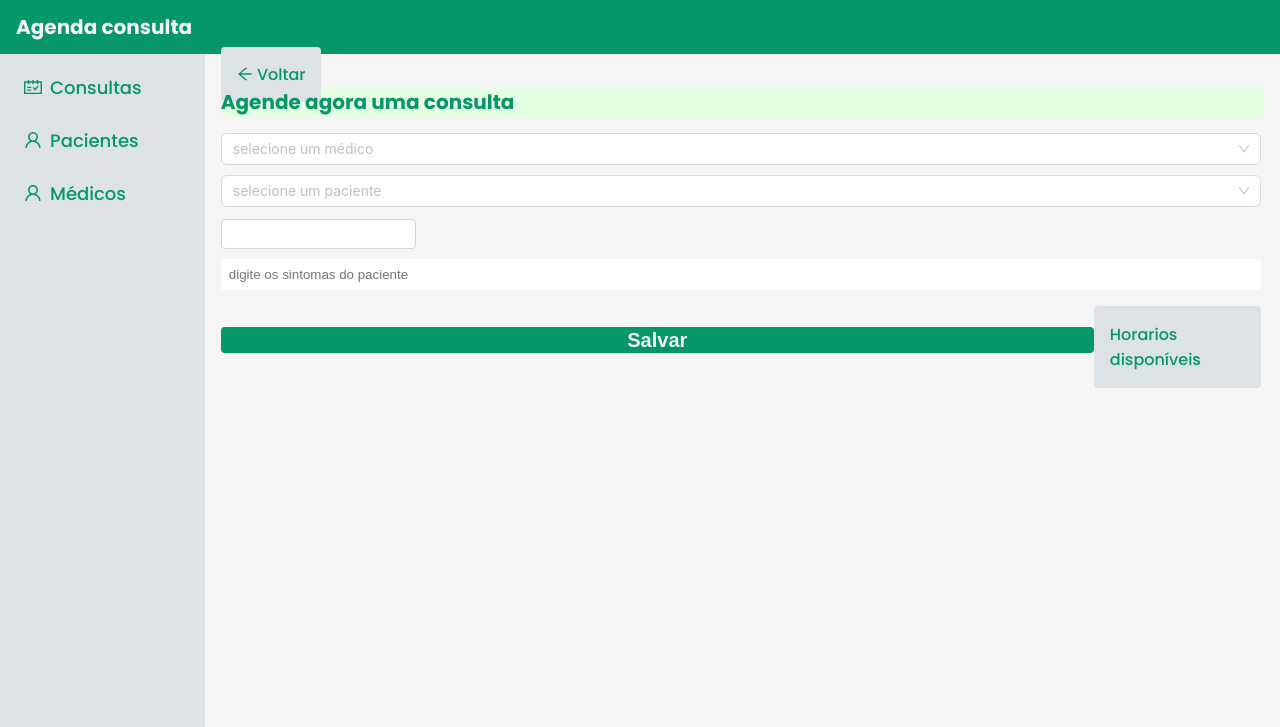
Repository: BarbaraCD/agendaconsulta
Page: /appointments/new
These files come from the project's save history. The page is drawn as it stood at one moment and after the next save; the edit follows.
The browser window is 1280 px wide. The pictures show the whole page.
The page's requests for data from a server got no answer. The project was rebuilt for these pictures with package versions that can differ from the ones it lists, and the page was loaded fresh each time. No one was signed in, and anything a server would have sent is missing. Also part of the build but not shown: vite.config.ts, src/components/Calendar.tsx, src/components/InputPatient.tsx, src/styles/CreateContainer.ts, src/components/DoctorTable.tsx, src/components/PatientTable.tsx, src/components/InputDoctors.tsx.

Above is the page before, as saved 2023-08-29 15:53:19.

### index.html
<!DOCTYPE html>
<html lang="en">
  <head>
    <meta charset="UTF-8" />
    <link rel="icon" type="image/svg+xml" href="/vite.svg" />
    <meta name="viewport" content="width=device-width, initial-scale=1.0" />

    <link rel="preconnect" href="https://fonts.googleapis.com">
    <link rel="preconnect" href="https://fonts.gstatic.com" crossorigin>
    <link href="https://fonts.googleapis.com/css2?family=Poppins:wght@400;500;700&display=swap" rel="stylesheet">

    <title>Agendamento de Consulta</title>
  </head>
  <body>
    <div id="root"></div>
    <script type="module" src="/src/main.tsx"></script>
  </body>
</html>

### src/main.tsx
/* eslint-disable @typescript-eslint/no-non-null-assertion */
import React from 'react'
import ReactDOM from 'react-dom/client'
import { ThemeProvider } from 'styled-components'
import GlobalStyle, { Container, Content } from './styles/global'
import { theme } from './styles/Theme.ts'
import App from './App.tsx'
import { Routes } from './routes/index.tsx'
import { Header } from './components/Header.tsx'
import { BrowserRouter } from 'react-router-dom'

ReactDOM.createRoot(document.getElementById('root')!).render(
  <React.StrictMode>
    <ThemeProvider theme={theme}>
      <GlobalStyle />
      <BrowserRouter>
        <Header />
        <Container>
          <App />
          <Content>
            <Routes />
          </Content>
        </Container>
      </BrowserRouter>
    </ThemeProvider>
  </React.StrictMode>,
)

### src/styles/global.ts
import styled, { createGlobalStyle } from 'styled-components'

export default createGlobalStyle`
  *{
    margin: 0;
    padding: 0;
    box-sizing: border-box;

  }
  body{
    height: 100%;
    width: 100%;
    font-family: 'Poppins', sans-serif;
    background: ${(props) => props.theme.colors.white};
    font-size: ${(props) => props.theme.size.xl};
  }
`

export const Container = styled.div`
  display: flex;
`

export const SidebarGlobal = styled.div`
  width: 16%;
`

export const Content = styled.div`
  flex: 1;
  margin: 0 1rem;
`

### src/styles/Theme.ts
export const theme = {
  colors: {
    primary: '#059669',
    head: '#059669B3',
    100: '#E4FFE1',

    sbcolor: '#DCE2E6',
    gray: '#41414D',
    black: '#000',
    white: '#f5f5f5',
  },
  size: {
    sm: '14px',
    md: '16px',
    lg: '18px',
    xl: '20px',
    xxl: '24px',
  },
}

### src/App.tsx
import { SidebarGlobal } from './styles/global'
import { Sidebar } from './components/Sidebar'

export default function App() {
  return (
    <SidebarGlobal>
      <Sidebar />
    </SidebarGlobal>
  )
}

### src/routes/index.tsx
import { AppRoutes } from './app.routes'

export function Routes() {
  return (
    <>
      <AppRoutes />
    </>
  )
}

### src/components/Header.tsx
import { Link } from 'react-router-dom'
import { styled } from 'styled-components'

const ContainerHeader = styled.div`
  padding: 12px 16px;
  width: 100%;
  min-width: 200px;
  font-weight: 700;
  overflow: visible;
  background-color: ${(props) => props.theme.colors.primary};
`

const StyleLink = styled(Link)`
  text-decoration: none;
  word-break: normal;
  display: block;
  align-items: center;
  justify-content: center;
  color: ${(props) => props.theme.colors.white};
`

export function Header() {
  return (
    <ContainerHeader>
      <StyleLink to="/">Agenda consulta</StyleLink>
    </ContainerHeader>
  )
}

### src/components/Sidebar.tsx
import { ScheduleOutlined, UserOutlined } from '@ant-design/icons'
import { StyledSidebar, StyledList } from '../styles/SidebarStyled'
import { Link } from 'react-router-dom'

export function Sidebar() {
  return (
    <StyledSidebar>
      <StyledList>
        <li>
          <ScheduleOutlined style={{ color: '#059669' }} />
          <Link to="/appointments/calendar">Consultas</Link>
        </li>
        <li>
          <UserOutlined style={{ color: '#059669' }} />
          <Link to="/patients/list">Pacientes</Link>
        </li>
        <li>
          <UserOutlined style={{ color: '#059669' }} />
          <Link to="/doctors/list">Médicos</Link>
        </li>
      </StyledList>
    </StyledSidebar>
  )
}

### src/routes/app.routes.tsx
import { Routes, Route } from 'react-router-dom'

import { App } from 'antd'
import { AppointmentsCalendar } from '../components/Calendar'
import { InputPatients } from '../components/InputPatient'
import { DoctorTable } from '../components/DoctorTable'
import { PatientTable } from '../components/PatientTable'
import { InputDoctors } from '../components/InputDoctors'
import { CreateAppointments } from '../components/Appointments'

export function AppRoutes() {
  return (
    <Routes>
      <Route path="/" element={<App />} />

      <Route path="/patients/new" element={<InputPatients />} />
      <Route path="/patients/:id/edit" element={<InputPatients />} />
      <Route path="/patients/list" element={<PatientTable />} />

      <Route path="/doctors/new" element={<InputDoctors />} />
      <Route path="/doctors/:id/edit" element={<InputDoctors />} />
      <Route path="/doctors/list" element={<DoctorTable />} />

      <Route path="/appointments/new" element={<CreateAppointments />} />
      <Route path="/appointments/:id/edit" element={<CreateAppointments />} />
      <Route path="/appointments/calendar" element={<AppointmentsCalendar />} />
    </Routes>
  )
}

### src/styles/SidebarStyled.ts
import styled from 'styled-components'

export const StyledSidebar = styled.div`
  display: flex;
  flex-direction: column;
  background-color: ${(props) => props.theme.colors.sbcolor};
  color: ${(props) => props.theme.colors.black};
  font-size: ${(props) => props.theme.size.lg};
  font-weight: 500;
  justify-content: flex-start;
  align-items: flex-start;
  overflow: auto;
  height: 93.5vh;
  min-height: 100%;
`

export const StyledList = styled.ul`
  list-style: none;
  padding: 0.5rem;

  li {
    cursor: pointer;
    padding: 1rem;
    line-height: 1.3rem;
  }

  a {
    text-decoration: none;
    color: ${(props) => props.theme.colors.primary};
    margin: 0.5rem;
    word-break: break-all;
  }
`

### src/components/Appointments.tsx
/* eslint-disable react-hooks/exhaustive-deps */
import React, { useEffect, useState } from 'react'

import 'react-datepicker/dist/react-datepicker.css'
import { Select } from 'antd'

import {
  createAppointment,
  getAppointment,
  getAppointmentById,
  updateAppointment,
} from '../services/appointment.services'
import { StyledDatepicker, StyledLink } from '../styles/Appointments'
import {
  ApFooter,
  InputContainer,
  MessageError,
  MessageSaved,
  StyledInput,
  StyledSelect,
  SubmitButton,
  StyledValidation,
} from '../styles/InputContainer'
import { useNavigate, useParams } from 'react-router-dom'
import { ArrowLeftOutlined } from '@ant-design/icons'
import { DoctorsProps } from './DoctorTable'
import { PatientsProps } from './PatientTable'
import { z } from 'zod'
import { Controller, useForm } from 'react-hook-form'
import { zodResolver } from '@hookform/resolvers/zod'
import { getDoctors } from '../services/doctor.services'
import { getPatient } from '../services/patient.services'

export type AppointmentsProps = {
  doctorID: number
  patientID: number
  date: string | Date
  symptoms: string
  id: number
}

const appointmentSchema = z.object({
  doctorID: z.number({
    required_error: 'Selecione o medico',
  }),
  patientID: z.number({
    required_error: 'Selecione o paciente',
  }),
  date: z.date({
    required_error:
      'Selecione a data e o horario que deseja realizar a consulta',
    invalid_type_error: 'Formato invalido',
  }),
  symptoms: z.string().min(1, 'Por favor, insira os sintomas.'),
})

export type AppointmentSchemaType = z.infer<typeof appointmentSchema>

export const CreateAppointments: React.FC = () => {
  const {
    control,
    register,
    reset,
    handleSubmit,
    formState: { errors, isSubmitting },
  } = useForm<AppointmentSchemaType>({
    resolver: zodResolver(appointmentSchema),
    defaultValues: {
      doctorID: undefined,
      patientID: undefined,
      date: undefined,
      symptoms: '',
    },
  })

  const [doctors, setDoctors] = useState<DoctorsProps[]>([])
  const [patients, setPatients] = useState<PatientsProps[]>([])
  const [appointments, setAppointments] = useState<AppointmentsProps[]>([])

  const [successMessage, setSuccessMessage] = useState<string | null>(null)
  const [errorMessage, setErrorMessage] = useState<string | null>(null)

  const navigate = useNavigate()
  const { id } = useParams()

  useEffect(() => {
    fetchInfos().catch((error) => {
      console.error('Error fetching Infos:', error)
    })
  }, [])

  async function fetchInfos() {
    const responseDoc = await getDoctors()
    const responsePat = await getPatient()
    const response = await getAppointment()
    setDoctors(responseDoc)
    setPatients(responsePat)
    setAppointments(response)
    if (!id) return
    try {
      const responseAp = await getAppointmentById(Number(id))
      const responseDate = {
        ...responseAp,
      }
      responseDate.date = new Date(responseDate.date)
      reset(responseDate as unknown as AppointmentSchemaType)
    } catch (error) {
      console.error('Error fetching Infos:', error)
    }
  }

  function isWeekday(date: Date) {
    const day = date.getDay()
    return day !== 0 && day !== 6
  }

  function isAppointmented(time: Date) {
    const selectedDateISO = time.toISOString()
    const existingAppointment = appointments.find(
      (appointment) => appointment.date === selectedDateISO,
    )
    return existingAppointment
  }

  const handleScheduleAppointment = async (data: AppointmentSchemaType) => {
    try {
      if (id) {
        await updateAppointment(Number(id), data)
        navigate(-1)
      } else {
        await createAppointment(data)
      }
      setSuccessMessage('Consulta agendada com sucesso!')
      setTimeout(() => {
        setSuccessMessage(null)
      }, 2000)
      reset()
    } catch (error) {
      setErrorMessage('Erro ao agendar consulta.')
    }
  }

  return (
    <InputContainer>
      {successMessage && <MessageSaved>{successMessage}</MessageSaved>}
      {errorMessage && <MessageError>{errorMessage}</MessageError>}

      <StyledLink to="/appointments/calendar">
        <ArrowLeftOutlined /> Voltar
      </StyledLink>

      <form onSubmit={handleSubmit(handleScheduleAppointment)}>
        <h3>Agende agora uma consulta</h3>

        <div>
          <Controller
            name="doctorID"
            control={control}
            render={({ field }) => (
              <StyledSelect {...field} placeholder="selecione um médico">
                {doctors.map((doc) => (
                  <Select.Option key={doc.id} value={doc.id}>
                    {doc.name}
                  </Select.Option>
                ))}
              </StyledSelect>
            )}
          />
          {errors.doctorID && (
            <StyledValidation>{errors.doctorID.message}</StyledValidation>
          )}
        </div>

        <div>
          <Controller
            name="patientID"
            control={control}
            render={({ field }) => (
              <StyledSelect {...field} placeholder="selecione um paciente">
                {patients.map((pat) => (
                  <Select.Option key={pat.id} value={pat.id}>
                    {pat.name}
                  </Select.Option>
                ))}
              </StyledSelect>
            )}
          />
          {errors.patientID && (
            <StyledValidation>{errors.patientID.message}</StyledValidation>
          )}
        </div>

        <div>
          <Controller
            control={control}
            name="date"
            render={({ field: { value, ...field } }) => (
              <StyledDatepicker
                {...field}
                showTimeSelect
                minTime={new Date(0, 0, 0, 8, 0)}
                maxTime={new Date(0, 0, 0, 18, 0)}
                minDate={new Date()}
                selected={value}
                dateFormat="dd/MM/yyyy HH:mm"
                filterTime={(time) => !isAppointmented(time)}
                filterDate={(date) => isWeekday(date)}
              />
            )}
          />
          {errors.date && (
            <StyledValidation>{errors.date.message}</StyledValidation>
          )}
        </div>

        <div>
          <StyledInput
            {...register('symptoms')}
            type="text"
            placeholder="digite os sintomas do paciente"
          />
          {errors.symptoms && (
            <StyledValidation>{errors.symptoms.message}</StyledValidation>
          )}
        </div>

        <ApFooter>
          <SubmitButton type="submit" disabled={isSubmitting}>
            <p>Salvar</p>
          </SubmitButton>
          <StyledLink to="/appointments/calendar">
            Horarios disponíveis
          </StyledLink>
        </ApFooter>
      </form>
    </InputContainer>
  )
}

### src/services/appointment.services.ts
import {
  AppointmentSchemaType,
  AppointmentsProps,
} from '../components/Appointments'
import { api } from './ApiConfig'

export async function getAppointment(): Promise<AppointmentsProps[]> {
  try {
    const response = await api.get('/appointment')
    return response.data
  } catch (error) {
    throw new Error('Erro ao obter dados dos agendamentos:')
  }
}

export async function getAppointmentById(
  id: number,
): Promise<AppointmentsProps> {
  try {
    const response = await api.get(`/appointment/${id}`)
    return response.data
  } catch (error) {
    throw new Error('Erro ao obter dados dos agendamentos:')
  }
}

export async function createAppointment(newAppointment: AppointmentSchemaType) {
  return api.post('/appointment', newAppointment)
}

export async function updateAppointment(
  id: number,
  data: AppointmentSchemaType,
) {
  try {
    const response = await api.put(`/appointment/${id}`, data)
    return response.data
  } catch (error) {
    throw new Error('Erro ao obter dados da consulta:')
  }
}

export async function deleteAppointment(id: number) {
  return await api.delete(`/appointment/${id}`)
}

### src/styles/InputContainer.ts
import styled from 'styled-components'
import { Select } from 'antd'

export const InputContainer = styled.main`
  color: ${(props) => props.theme.colors.black};
  font-size: ${(props) => props.theme.size.md};
  padding: 0.5rem 0;

  div {
    margin: 0.2rem 0.2rem 0.2rem 0;
  }

  h3 {
    background-color: ${(props) => props.theme.colors[100]};
    color: ${(props) => props.theme.colors.primary};
    font-size: ${(props) => props.theme.size.xl};
    margin-bottom: 0.8rem;
  }

  label {
    display: flex;
    margin: 0.2rem;
  }

  p {
    font-size: ${(props) => props.theme.size.lg};
    font-weight: 400;
  }
`

export const StyledValidation = styled.span`
  size: ${(props) => props.theme.size.md};
  color: red;
`

export const ApFooter = styled.div`
  display: flex;
  align-items: center;
  justify-content: space-between;
  margin-bottom: 0.5rem;
`

export const StyledSelect = styled(Select)`
  width: 100%;
  border: none;
`

export const SubmitButton = styled.button`
  width: 100%;
  padding: 0.1rem 2rem;
  border: none;
  border-radius: 4px;
  overflow: hidden;
  cursor: pointer;
  margin: 1rem 0;
  background-color: ${(props) => props.theme.colors.primary};
  color: ${(props) => props.theme.colors.white};

  p {
    font-size: ${(props) => props.theme.size.xl};
    font-weight: 600;
    overflow: hidden;
  }

  &:hover {
    background-color: ${(props) => props.theme.colors.head};
  }
`

export const MessageSaved = styled.p`
  justify-content: center;
  text-align: center;
  width: 30%;
  border-radius: 4px;
  margin: 0 35%;
  background-color: ${(props) => props.theme.colors[100]};
  color: ${(props) => props.theme.colors.primary};
  size: ${(props) => props.theme.size.lg};
`

export const MessageError = styled.p`
  background-color: lightpink;
  color: red;
  justify-content: center;
  text-align: center;
  width: 30%;
  border-radius: 4px;
  margin: 0 35%;
`

export const StyledInput = styled.input`
  width: 100%;
  padding: 0.5rem;
  border: none;
  border-radius: 0.2rem;
  overflow: hidden;
`

export const PatSpan = styled.span`
  text-decoration: none;
  color: ${(props) => props.theme.colors.primary};
  background-color: ${(props) => props.theme.colors[100]};
  font-weight: 500;
  border-radius: 4px;
  margin-top: 1rem;
`
export const FlexDiv = styled.div`
  display: flex;
  justify-content: space-between;
`

### src/styles/Appointments.ts
import { Modal } from 'antd'
import DatePicker from 'react-datepicker'
import { Link } from 'react-router-dom'
import { styled } from 'styled-components'

export const StyledAppointments = styled.div`
  color: ${(props) => props.theme.colors.black};
  font-size: ${(props) => props.theme.size.md};
  padding: 1.6rem 0;
`

export const StyledLink = styled(Link)`
  text-decoration: none;
  color: ${(props) => props.theme.colors.primary};
  background-color: ${(props) => props.theme.colors.sbcolor};
  font-weight: 500;
  border-radius: 4px;
  margin-top: 0.8rem;
  padding: 1rem;

  &:hover {
    color: ${(props) => props.theme.colors.gray};
    background-color: ${(props) => props.theme.colors.sbcolor};
  }
`

export const CalendarStyled = styled.div`
  display: block;
`

export const StyledModal = styled(Modal)`
  color: ${(props) => props.theme.colors.primary};

  h3 {
    background-color: ${(props) => props.theme.colors[100]};
    color: ${(props) => props.theme.colors.primary};
    font-size: ${(props) => props.theme.size.xl};
    padding: 0.8rem;
    text-align: center;
    margin-bottom: 0.5rem;
  }

  p {
    margin-left: 0.5rem;
    font-size: ${(props) => props.theme.size.lg};
  }

  button {
    margin: 0.5rem;
    padding: 0.2rem;
    cursor: pointer;
    border: none;
    font-weight: 500;
    color: ${(props) => props.theme.colors.primary};
    background-color: ${(props) => props.theme.colors[100]};
    font-size: ${(props) => props.theme.size.lg};
  }
`

export const StyledQuestion = styled.div`
  p {
    color: ${(props) => props.theme.colors.black};
  }

  .button-sim {
    justify-content: space-between;
    color: ${(props) => props.theme.colors.sbcolor};
    background-color: lightcoral;
  }

  .button-nao {
    justify-content: space-between;
    color: ${(props) => props.theme.colors.primary};
    background-color: ${(props) => props.theme.colors.sbcolor};
  }
`

export const StyledDatepicker = styled(DatePicker)`
  width: 100%;
  border: 1px solid lightgray;
  border-radius: 4px;
  padding: 0.4rem;
  text-decoration: 1px solid ${(props) => props.theme.colors.head};
`

### src/services/doctor.services.ts
import { DoctorsProps } from '../components/DoctorTable'
import { DoctorSchemaType } from '../components/InputDoctors'
import { api } from './ApiConfig'

export async function getDoctors(): Promise<DoctorsProps[]> {
  try {
    const response = await api.get('/doctor')
    return response.data
  } catch (error) {
    throw new Error('Erro ao obter dados dos pacientes:')
  }
}

export async function getDoctorById(id: number): Promise<DoctorsProps> {
  try {
    const response = await api.get(`/doctor/${id}`)
    return response.data
  } catch (error) {
    throw new Error('Erro ao obter dados dos Medicos:')
  }
}

export async function createDoctor(data: DoctorSchemaType) {
  return api.post('/doctor', data)
}

export async function updateDoctor(id: number, data: DoctorSchemaType) {
  try {
    const response = await api.put(`/doctor/${id}`, data)
    return response.data
  } catch (error) {
    throw new Error('Erro ao obter dados dos pacientes:')
  }
}

export async function deleteDoctor(id: number) {
  return await api.delete(`/doctor/${id}`)
}

### src/services/patient.services.ts
import { PatientSchemaType } from '../components/InputPatient'
import { PatientsProps } from '../components/PatientTable'
import { api } from './ApiConfig'

export async function getPatient(): Promise<PatientsProps[]> {
  try {
    const response = await api.get('/patient')
    return response.data
  } catch (error) {
    throw new Error('Erro ao obter dados dos pacientes:')
  }
}

export async function getPatientById(id: number): Promise<PatientsProps> {
  try {
    const response = await api.get(`/patient/${id}`)
    return response.data
  } catch (error) {
    throw new Error('Erro ao obter dados dos pacientes:')
  }
}

export async function createPatient(data: PatientSchemaType) {
  return api.post('/patient', data)
}

export async function updatePatient(id: number, data: PatientSchemaType) {
  try {
    const response = await api.put(`/patient/${id}`, data)
    return response.data
  } catch (error) {
    throw new Error('Erro ao obter dados dos pacientes:')
  }
}

export async function deletePatient(id: number) {
  return await api.delete(`/patient/${id}`)
}

Loaded but not shown: src/services/ApiConfig.ts (common file)

After the next save:
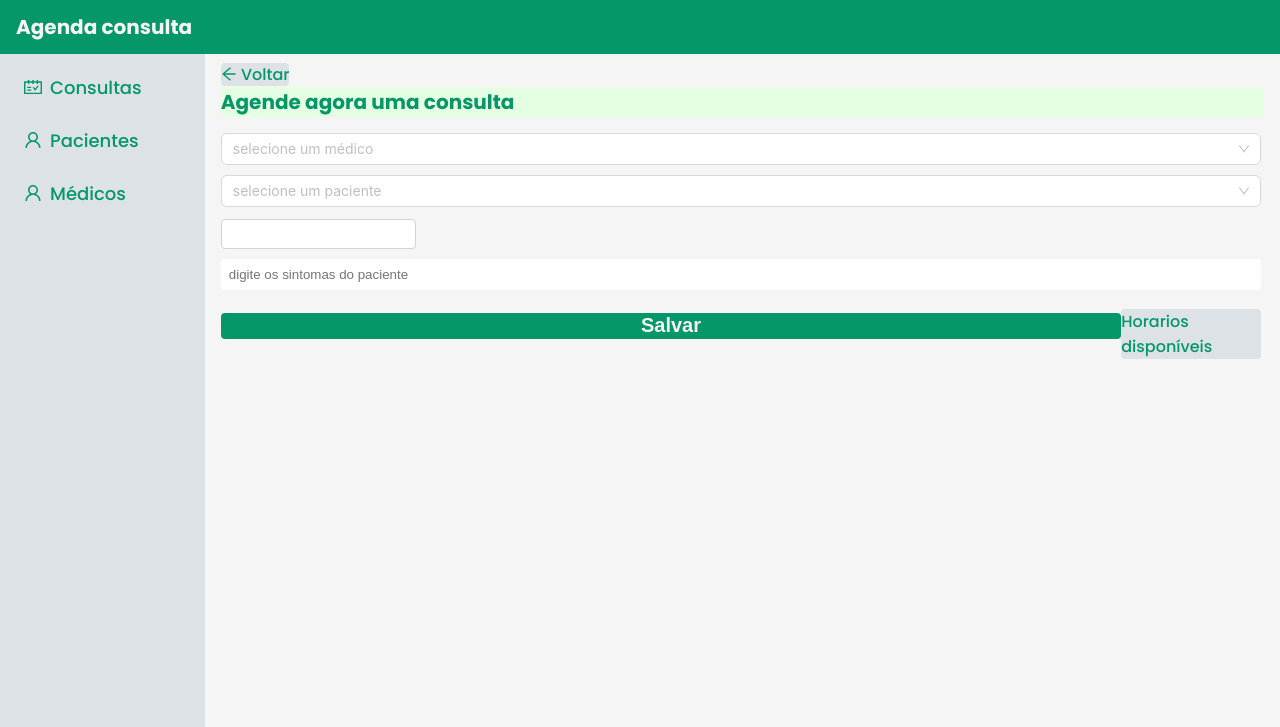
Saved 18 s later.
--- a/src/styles/Appointments.ts
+++ b/src/styles/Appointments.ts
@@ -15,8 +15,7 @@ export const StyledLink = styled(Link)`
   background-color: ${(props) => props.theme.colors.sbcolor};
   font-weight: 500;
   border-radius: 4px;
-  margin-top: 0.8rem;
-  padding: 1rem;
+  margin-top: 1rem;
 
   &:hover {
     color: ${(props) => props.theme.colors.gray};
